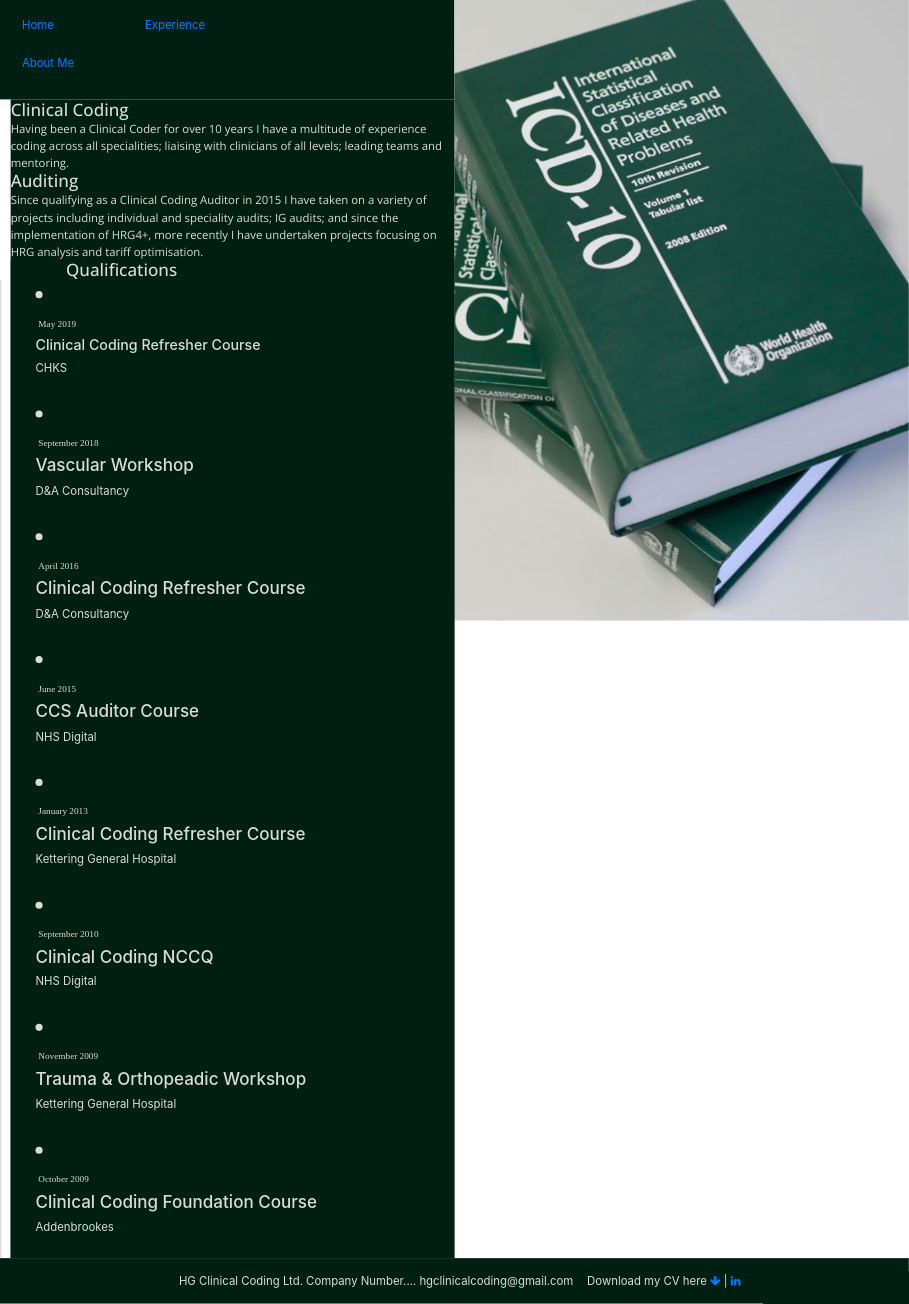
Repository: Code-Institute-Submissions/fsd-ms-project1-resume
Page: resume.html
The author's editor kept a record of every edit. The page is drawn from the files as they stood at one moment, then again after the next edit.
The browser window is 1280 px wide. The pictures show the whole page, at 71% of full size.
Some web fonts or font styles are not loaded; a fallback is used.

Above is the page before.

After the next edit:
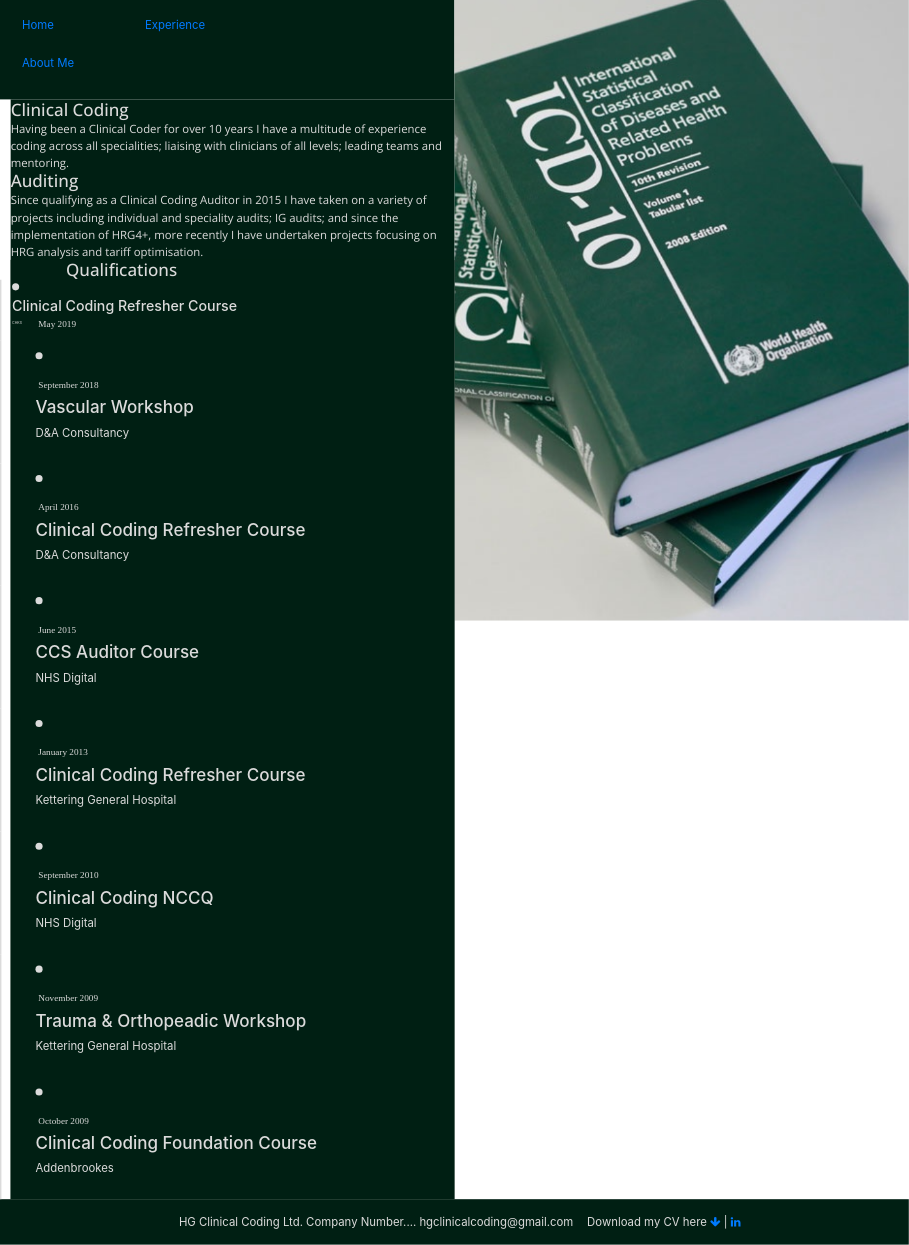
The edit:
--- a/assets/css/style.css
+++ b/assets/css/style.css
@@ -182,7 +182,9 @@
     margin-bottom: 50px;
 }
 
-timeline-item {
+.timeline-item {
+    font-size:5px;
+}
 
 
 
